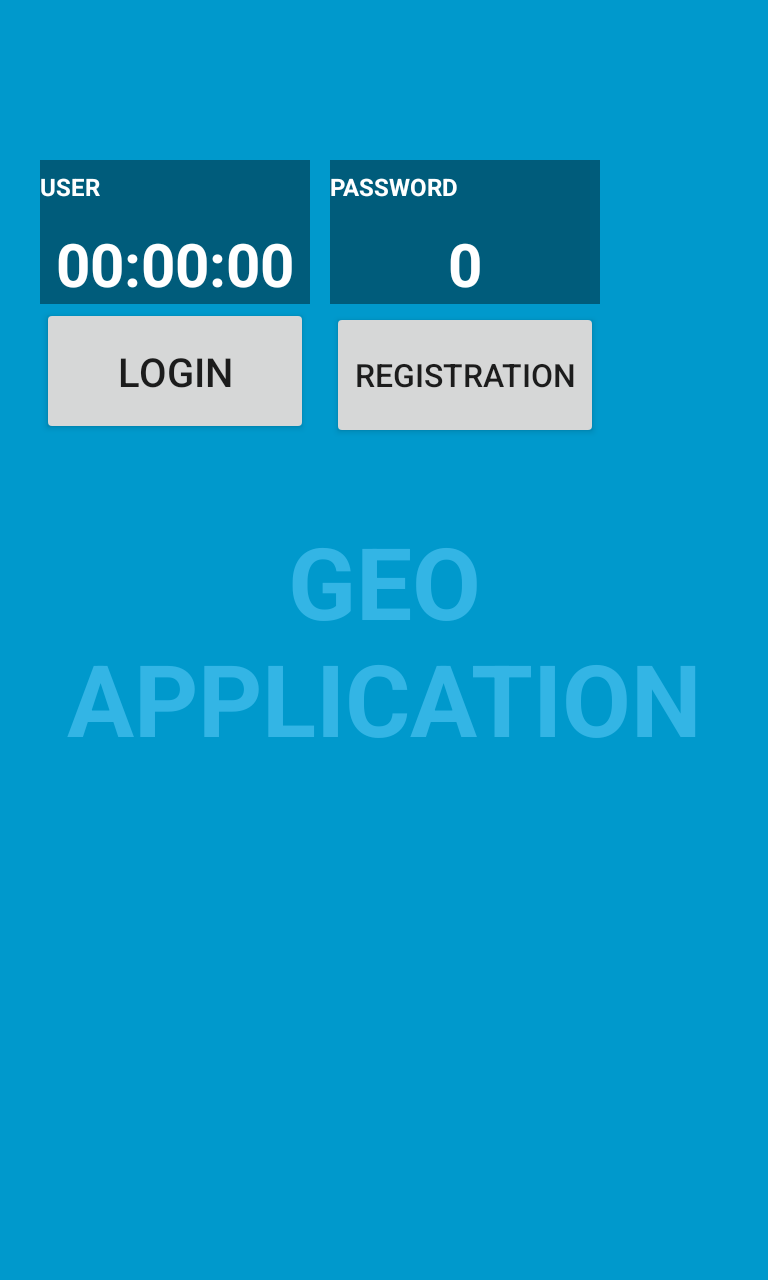
Repository: sebastianR1001/GeoApplication
Layout: GeoApplication/res/layout/login_fullscreen.xml
An editor plug-in stored every save of this project. The layout is shown before and after the next save, followed by the edit.
It is drawn on a 768 x 1280 px phone screen (xhdpi) without system bars, with theme AppTheme; the app's code is not run.

Above is the layout before, as saved 2014-10-25 18:48:06.

### GeoApplication/res/layout/login_fullscreen.xml
<FrameLayout xmlns:android="http://schemas.android.com/apk/res/android"
    xmlns:tools="http://schemas.android.com/tools"
    android:layout_width="match_parent"
    android:layout_height="match_parent"
    android:background="#0099cc"
    tools:context="geo.geoapplication.FullscreenActivity" >

   <TextView
        android:layout_width="match_parent"
        android:layout_height="match_parent"
        android:gravity="center"
        android:keepScreenOn="true"
        android:text="@string/geo_application"
        android:textColor="#33b5e5"
        android:textSize="50sp"
        android:textStyle="bold" />


   <TableLayout
        android:layout_width="wrap_content"
        android:layout_height="wrap_content"
        android:layout_marginTop="80dp"
        android:layout_marginLeft="10dp"
        android:layout_marginRight="10dp"  >

        <TableRow
            android:id="@+id/tableRow1"
            android:layout_width="wrap_content"
            android:layout_height="wrap_content"
            >

            <LinearLayout
		        android:id="@+id/userLayout"
		        style="?metaButtonBarStyle"
		        android:layout_width="wrap_content"
		        android:layout_height="wrap_content"
		        android:layout_weight="5"
		        android:layout_marginLeft="10dp"
		        android:background="@color/black_overlay"
		        android:orientation="vertical"
		        tools:ignore="UselessParent" >

			    <TextView
			        android:layout_width="match_parent"
			        android:layout_height="match_parent"
			        android:layout_marginTop="5dp"
			        android:text="@string/userText"
			        android:id="@+id/userText"
			        android:textColor="#ffffff"
			        android:textSize="12sp"
			        android:textStyle="bold" />

			    <TextView
			        android:layout_width="match_parent"
			        android:layout_height="match_parent"
			        android:text="@string/time"
			        android:id="@+id/time"
			        android:layout_marginTop="10dp"
			        android:gravity="center"
			        android:textColor="#ffffff"
			        android:textSize="30sp"
			        android:textStyle="bold" />

	        </LinearLayout>

			<LinearLayout
		        android:id="@+id/passwordLayout"
		        style="?metaButtonBarStyle"
		        android:layout_width="wrap_content"
		        android:layout_height="wrap_content"
		        android:layout_weight="5"
		        android:layout_marginRight="10dp"
		        android:layout_marginLeft="10dp"
		        android:background="@color/black_overlay"
		        android:orientation="vertical"
		        tools:ignore="UselessParent" >

			    <TextView
			        android:layout_width="match_parent"
			        android:layout_height="match_parent"
			        android:layout_marginTop="5dp"
			        android:text="@string/passwordText"
			        android:id="@+id/passwordText"
			        android:textColor="#ffffff"
			        android:textSize="12sp"
			        android:textStyle="bold" />

			    <TextView
			        android:layout_width="match_parent"
			        android:layout_height="match_parent"
			        android:text="@string/speed"
			        android:id="@+id/speed"
			        android:layout_marginTop="10dp"
			        android:gravity="center"
			        android:textColor="#ffffff"
			        android:textSize="30sp"
			        android:textStyle="bold" />
	        </LinearLayout>
        </TableRow>

        <TableRow
            android:id="@+id/tableRow10"
            android:layout_width="wrap_content"
            android:layout_height="wrap_content"
            >

            <Button
		        android:id="@+id/loginButton"
		        android:layout_width="135dp"
		        android:layout_height="67dp"
		        android:layout_marginLeft="10dp"
		        android:textSize="20sp"
		        android:text="@string/loginButton" />

		     <Button
		        android:id="@+id/newAccountButton"
		        android:layout_width="135dp"
		        android:layout_height="67dp"
		        android:layout_marginRight="10dp"
		        android:layout_marginLeft="10dp"
		        android:textSize="16sp"
		        android:text="@string/newAccountButton" />

        </TableRow>
    </TableLayout>
    <!--
         This FrameLayout insets its children based on system windows using
         android:fitsSystemWindows.
    -->

</FrameLayout>

### GeoApplication/res/values/strings.xml
<?xml version="1.0" encoding="utf-8"?>
<resources>

    <string name="app_name">GeoApplication</string>
    <string name="dummy_button">Dummy Button</string>
    <string name="dummy_content">DUMMY\nCONTENT</string>
    <string name="geo_application">GEO\nAPPLICATION</string>

    <string name="location">Location: ---</string>

    <string name="speedText">Speed</string>
    <string name="speed">0</string>
    <string name="speedUnit">km/h</string>

    <string name="time">00:00:00</string>
    <string name="timeText">Time</string>

    <string name="accuracy">Accuracy:</string>

    <string name="distance">0</string>
    <string name="distanceUnit">m</string>
    <string name="distanceText">Distance</string>

    <string name="altitude">0</string>
    <string name="altitudeUnit">AMSL</string>
    <string name="altitudeText">Altitude</string>

    <string name="last_fix">Last fix:</string>

    <string name="userText">USER</string>
    <string name="passwordText">PASSWORD</string>

    <string name="startButton">START</string>
    <string name="stopButton">STOP</string>
    <string name="resetButton">RESET</string>
    <string name="loginButton">LOGIN</string>
    <string name="newAccountButton">REGISTRATION</string>

    <string name="advancedText">ADVANCED</string>

</resources>

Loaded but not shown: GeoApplication/res/values/styles.xml (common file); GeoApplication/res/values-v11/styles.xml (common file); GeoApplication/res/values-v14/styles.xml (common file); GeoApplication/res/values/colors.xml (common file)

After the next save:
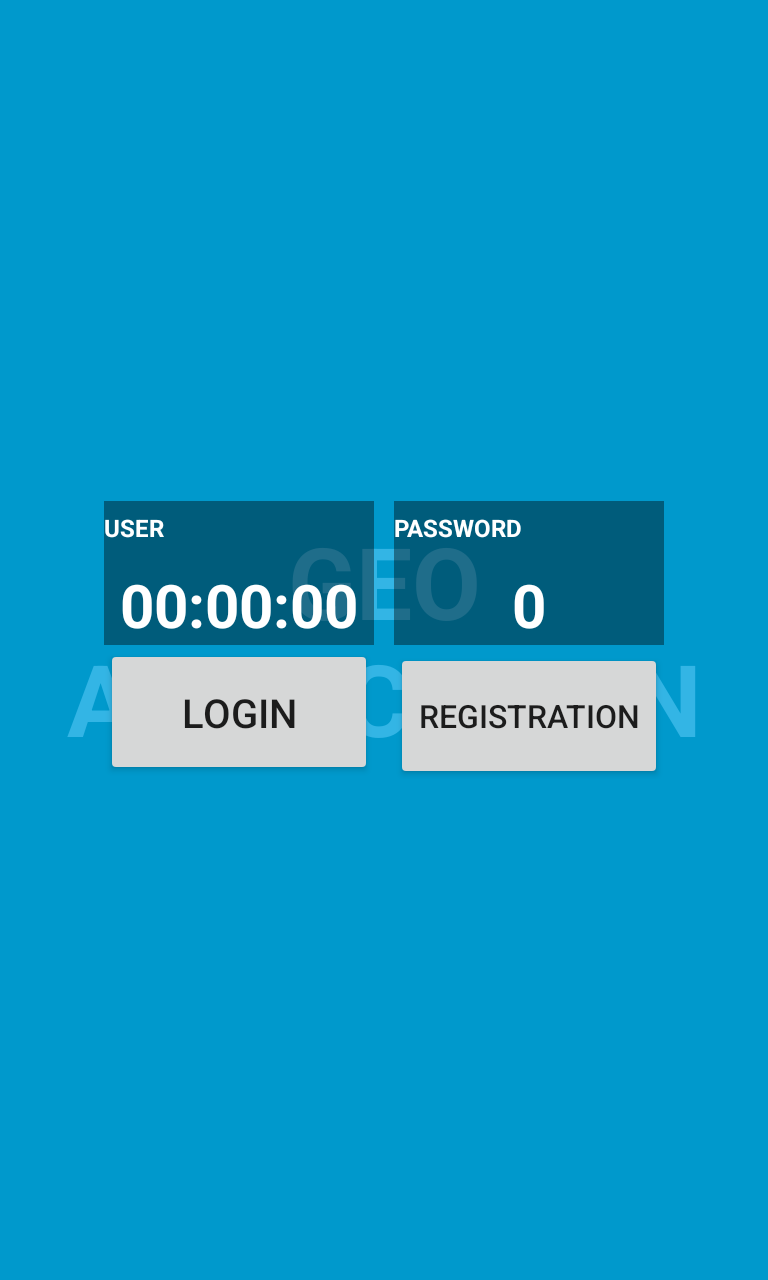
Saved 58 s later.
--- a/GeoApplication/res/layout/login_fullscreen.xml
+++ b/GeoApplication/res/layout/login_fullscreen.xml
@@ -19,7 +19,8 @@
    <TableLayout
         android:layout_width="wrap_content"
         android:layout_height="wrap_content"
-        android:layout_marginTop="80dp"
+        android:layout_gravity="center"
+        android:orientation="vertical"
         android:layout_marginLeft="10dp"
         android:layout_marginRight="10dp"  >
 
